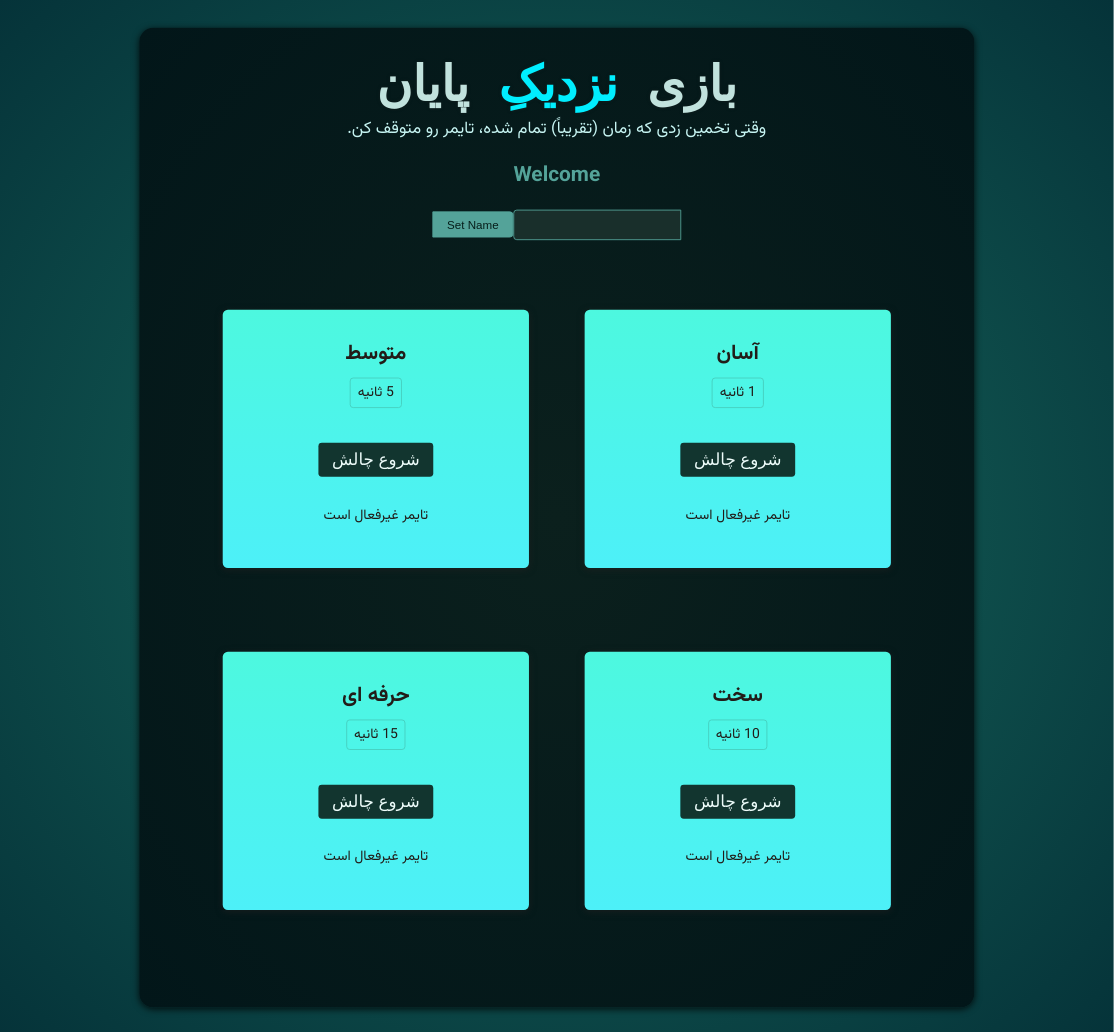
Repository: H-ala/react-near-end
Page: /
These files come from the project's save history. The page is drawn as it stood at one moment and after the next save; the edit follows.
The browser window is 1280 px wide. The pictures show the whole page, at 87% of full size.
The project was rebuilt for these pictures with package versions that can differ from the ones it lists, and the page was loaded fresh each time. Also part of the build but not shown: vite.config.js.

Above is the page before, as saved 2025-10-21 19:18:20.

### index.html
<!DOCTYPE html>
<html lang="en">

<head>
  <meta charset="UTF-8" />
  <link rel="icon" type="image/svg+xml" href="/vite.svg" />
  <meta name="viewport" content="width=device-width, initial-scale=1.0" />
  <title>Refs & Portals</title>
</head>

<body>
  <div id="modal"></div>
  <div id="content">
    <header>
      <h1>بازی <em>نزدیکِ</em> پایان</h1>
      <p>وقتی تخمین زدی که زمان (تقریباً) تمام شده، تایمر رو متوقف کن.</p>
    </header>
    <div id="root"></div>
  </div>
  <script type="module" src="/src/main.jsx"></script>
</body>

</html>

### src/App.jsx
import Player from "./components/Player.jsx";
import TimerChallenge from "./components/TimerChallenge.jsx";

function App() {
  return (
    <>
      <Player />
      <div id="challenges">
        <TimerChallenge title="آسان" targetTime={1} />
        <TimerChallenge title="متوسط" targetTime={5} />
        <TimerChallenge title="سخت" targetTime={10} />
        <TimerChallenge title="حرفه ای" targetTime={15} />
      </div>
    </>
  );
}

export default App;

### src/index.css
@import url("https://fonts.googleapis.com/css2?family=Vazirmatn:wght@400;700&display=swap");

* {
  box-sizing: border-box;
}

body {
  margin: 0;
  font-family: "Vazirmatn", sans-serif;
  -webkit-font-smoothing: antialiased;
  -moz-osx-font-smoothing: grayscale;
  background: radial-gradient(#186a5e, #053339);
  color: #e1eeeb;
  direction: rtl;
  min-height: 100vh;
}

#content {
  max-width: 60rem;
  margin: 2rem auto;
  padding: 2rem;
  background: radial-gradient(#0b201d, #021619);
  border-radius: 16px;
  box-shadow: 0 2px 8px rgba(0, 0, 0, 0.8);
}

h1 {
  font-family: "Handjet", monospace;
  text-align: center;
  text-transform: uppercase;
  color: #c1e2dd;
  text-shadow: 0 0 4px rgba(35, 34, 34, 0.4);
  font-size: 3.5rem;
  margin: 0;
}

h1 em {
  font-style: normal;
  color: #00eeff;
}

header p {
  font-size: 1.2rem;
  margin: 0;
  text-align: center;
  color: #c6f4f2;
}

#player {
  text-align: center;
}

#player h2 {
  color: #54a399;
}

#player p {
  display: flex;
  justify-content: center;
  align-items: center;
}

#player input {
  font: inherit;
  border: 1px solid #54a399;
  background-color: #192f2b;
  border-radius: 4px;
  border-top-right-radius: 0;
  border-bottom-right-radius: 0;
  padding: 0.25rem;
  color: #d1f0ec;
}

#player button {
  cursor: pointer;
  background-color: #54a399;
  border: 1px solid #54a399;
  padding: 0.4rem 1rem;
  color: #061e1a;
  border-top-right-radius: 4px;
  border-bottom-right-radius: 4px;
}

#player button:hover {
  background-color: #3c8379;
  border-color: #3c8379;
}

#challenges {
  max-width: 50rem;
  margin: 3rem auto;
  display: flex;
  flex-wrap: wrap;
  gap: 2rem;
}

.challenge {
  width: 22rem;
  display: flex;
  flex-direction: column;
  align-items: center;
  justify-content: center;
  padding: 2rem;
  margin: 2rem auto;
  background: linear-gradient(#4df8df, #4df0f8);
  color: #221c18;
  box-shadow: 0 2px 8px rgba(35, 34, 34, 0.6);
  border-radius: 6px;
}

.challenge button {
  margin-top: 1rem;
  padding: 0.5rem 1rem;
  border: none;
  border-radius: 4px;
  background: #12352f;
  color: #edfcfa;
  font-size: 1.2rem;
  cursor: pointer;
}

.challenge button:hover {
  background: #051715;
}

.challenge h2 {
  font-size: 1.5rem;
  margin: 0;
  text-align: center;
  color: #221c18;
}

.challenge-time {
  border: 1px solid #46cebe;
  border-radius: 4px;
  padding: 0.25rem 0.5rem;
  margin: 0.5rem;
}

.challenge .active {
  animation: flash 1s infinite;
}

.result-modal {
  border: none;
  border-radius: 8px;
  padding: 2rem;
  background-color: #d7fcf8;
}

.result-modal[open] {
  animation: slide-in-from-top 0.35s ease-out;
}

.result-modal::backdrop {
  background: rgba(0, 0, 0, 0.9);
}

.result-modal h2 {
  font-family: "Handjet", monospace;
  margin: 0 0 0.25rem 0;
  font-size: 3rem;
  text-transform: uppercase;
}

.result-modal progress {
  width: 100%;
  height: 1.5rem;
  margin: 0;
  accent-color: #46cebe;
}

.result-modal p {
  margin: 0.5rem 0;
  font-size: 1.2rem;
}

.result-modal p strong {
  color: #10655b;
}

.result-modal form {
  text-align: right;
}

.result-modal button {
  margin-top: 1rem;
  padding: 0.5rem 1rem;
  border: none;
  border-radius: 4px;
  background: #12352f;
  color: #edfcfa;
  font-size: 1.2rem;
  cursor: pointer;
}

.result-modal button:hover {
  background: #051715;
}

@keyframes slide-in-from-top {
  0% {
    transform: translateY(-15%);
    opacity: 0;
  }
  100% {
    transform: translateY(0);
    opacity: 1;
  }
}

@keyframes flash {
  0% {
    opacity: 0.5;
  }
  50% {
    opacity: 1;
  }
  100% {
    opacity: 0.5;
  }
}

### src/components/Player.jsx
import { useState, useRef } from "react";

export default function Player() {
  const playerName = useRef();
  const [enteredPlayerName, setEnteredPlayerName] = useState("");

  function handleClick() {
    setEnteredPlayerName(playerName.current.value);
    playerName.current.value = "";
  }

  return (
    <section id="player">
      <h2>Welcome {enteredPlayerName ?? "unknown entity"}</h2>
      <p>
        <input
          ref={playerName}
          type="text"
        />
        <button onClick={handleClick}>Set Name</button>
      </p>
    </section>
  );
}

### src/components/TimerChallenge.jsx
import { useState, useRef } from "react";
import ResultModal from "./ResultModal";

export default function TimerChallenge({ title, targetTime }) {
  const timer = useRef();
  const dialog = useRef();

  const [timeRemaining, setTimeRemaining] = useState(targetTime * 1000);
  const timerIsActive = timeRemaining > 0 && timeRemaining < targetTime * 1000;

  if (timeRemaining <= 0) {
    clearInterval(timer.current);
    dialog.current.open();
  }

  function handleStart() {
    timer.current = setInterval(() => {
      setTimeRemaining((prevTimeRemaining) => prevTimeRemaining - 10);
    }, 10);
  }

  function handleReset() {
    setTimeRemaining(targetTime * 1000);
  }

  function handleStop() {
    clearInterval(timer.current);
    dialog.current.open();
  }

  return (
    <>
      <ResultModal
        ref={dialog}
        targetTime={targetTime}
        remainingTime={timeRemaining}
        onReset={handleReset}
      />
      <section className="challenge">
        <h2>{title}</h2>
        <p className="challenge-time">
          {targetTime} ثانیه
        </p>
        <p>
          <button onClick={timerIsActive ? handleStop : handleStart}>
            {timerIsActive ? "توقف" : "شروع"} چالش
          </button>
        </p>
        <p className={timerIsActive ? "active" : undefined}>
          {timerIsActive ? "زمان داره میگذره..." : "تایمر غیرفعال است"}
        </p>
      </section>
    </>
  );
}

### src/components/ResultModal.jsx
import { useImperativeHandle, useRef } from "react";
import { createPortal } from "react-dom";

export default function ResultModal({ ref, targetTime, remainingTime, onReset }) {
  const dialog = useRef();

  const userLost = remainingTime <= 0;
  const formattedRemainingTime = (remainingTime / 1000).toFixed(2);
  const score = Math.round((1 - (remainingTime / (targetTime * 1000))) * 100);

  useImperativeHandle(ref, () => {
    return {
      open() {
        dialog.current.showModal();
      },
    };
  });

  return createPortal(
    <dialog ref={dialog} className="result-modal" onClose={onReset}>
      {userLost && <h2>You Lost!</h2>}
      {!userLost && <h2>Your Score: {score}</h2>}
      <p>
        The targer time was <strong>{targetTime} seconds. </strong>
      </p>
      <p>
        You stopped the time with{" "}
        <strong>{formattedRemainingTime} seconds left.</strong>
      </p>
      <form action="dialog" onSubmit={onReset}>
        <button>Close</button>
      </form>
    </dialog>,
    document.getElementById("modal")
  );
}

Loaded but not shown: src/main.jsx (common file)

After the next save:
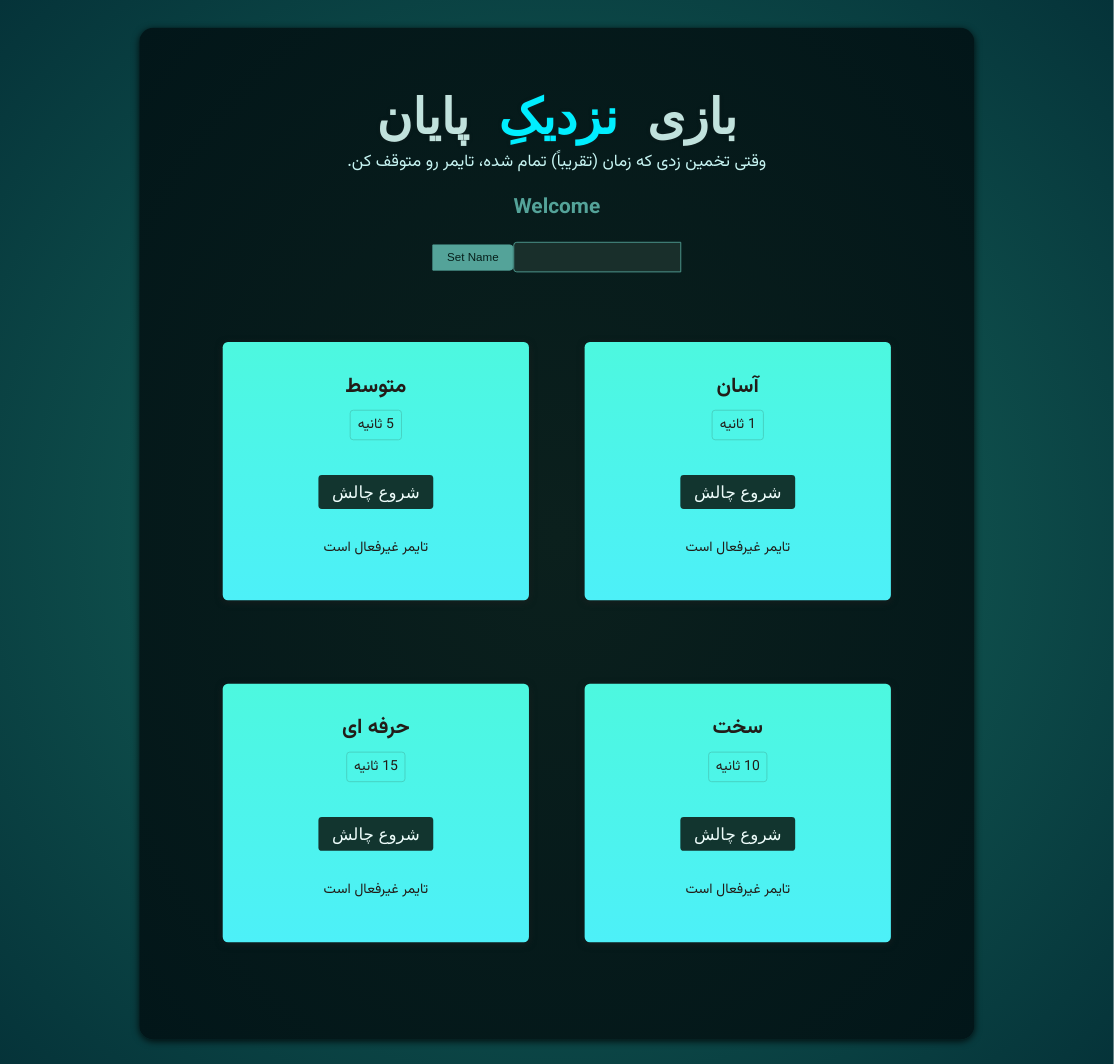
Saved 20 s later.
--- a/src/index.css
+++ b/src/index.css
@@ -31,7 +31,7 @@ h1 {
   color: #c1e2dd;
   text-shadow: 0 0 4px rgba(35, 34, 34, 0.4);
   font-size: 3.5rem;
-  margin: 0;
+  margin-bottom: 0;
 }
 
 h1 em {
